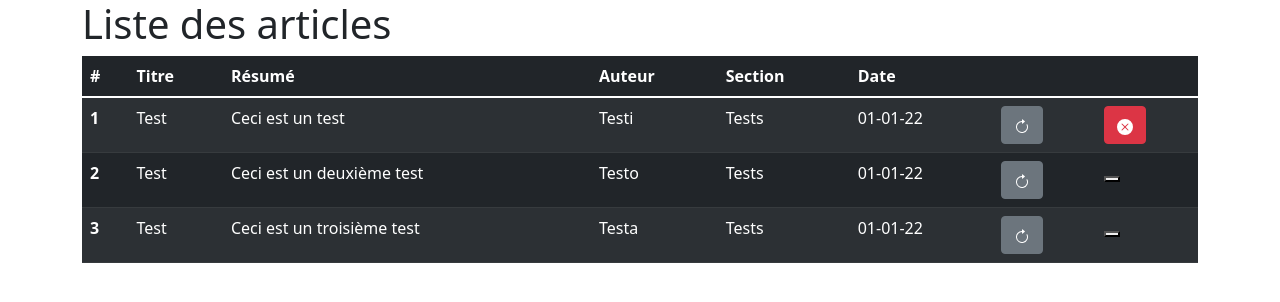
Repository: QuentinFayt/NewsWeb
Page: sources/adminNewsWeb/articlesList.html
An editor plug-in stored every save of this project. The page is shown before and after the next save, followed by the edit.
The browser window is 1280 px wide. The pictures show the whole page.

Above is the page before, as saved 2021-12-23 12:09:01.

After the next save:
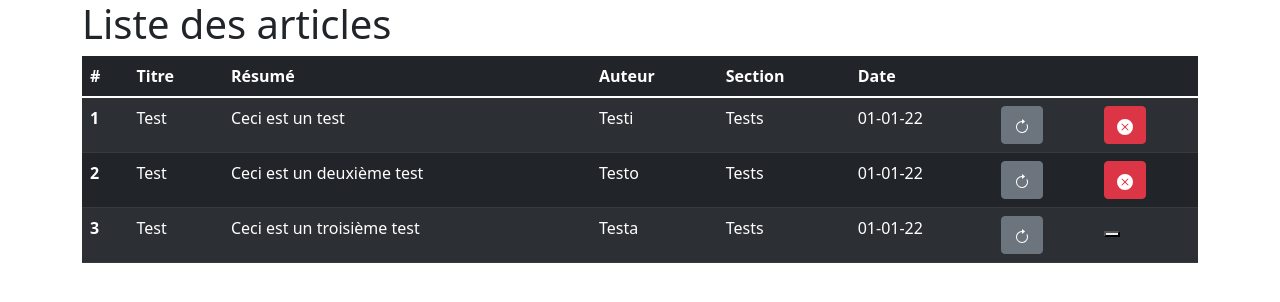
Saved 4 s later.
--- a/sources/adminNewsWeb/articlesList.html
+++ b/sources/adminNewsWeb/articlesList.html
@@ -57,7 +57,11 @@
                                 <path d="M8 4.466V.534a.25.25 0 0 1 .41-.192l2.36 1.966c.12.1.12.284 0 .384L8.41 4.658A.25.25 0 0 1 8 4.466z"></path>
                             </svg>
                         </button></td>
-                    <td><button></button></td>
+                    <td><button type="button" class="btn btn-danger">
+                            <svg xmlns="http://www.w3.org/2000/svg" width="16" height="16" fill="currentColor" class="bi bi-x-circle-fill" viewBox="0 0 16 16">
+                                <path d="M16 8A8 8 0 1 1 0 8a8 8 0 0 1 16 0zM5.354 4.646a.5.5 0 1 0-.708.708L7.293 8l-2.647 2.646a.5.5 0 0 0 .708.708L8 8.707l2.646 2.647a.5.5 0 0 0 .708-.708L8.707 8l2.647-2.646a.5.5 0 0 0-.708-.708L8 7.293 5.354 4.646z"></path>
+                            </svg>
+                        </button></td>
                 </tr>
                 <tr>
                     <th scope="row">3</th>
